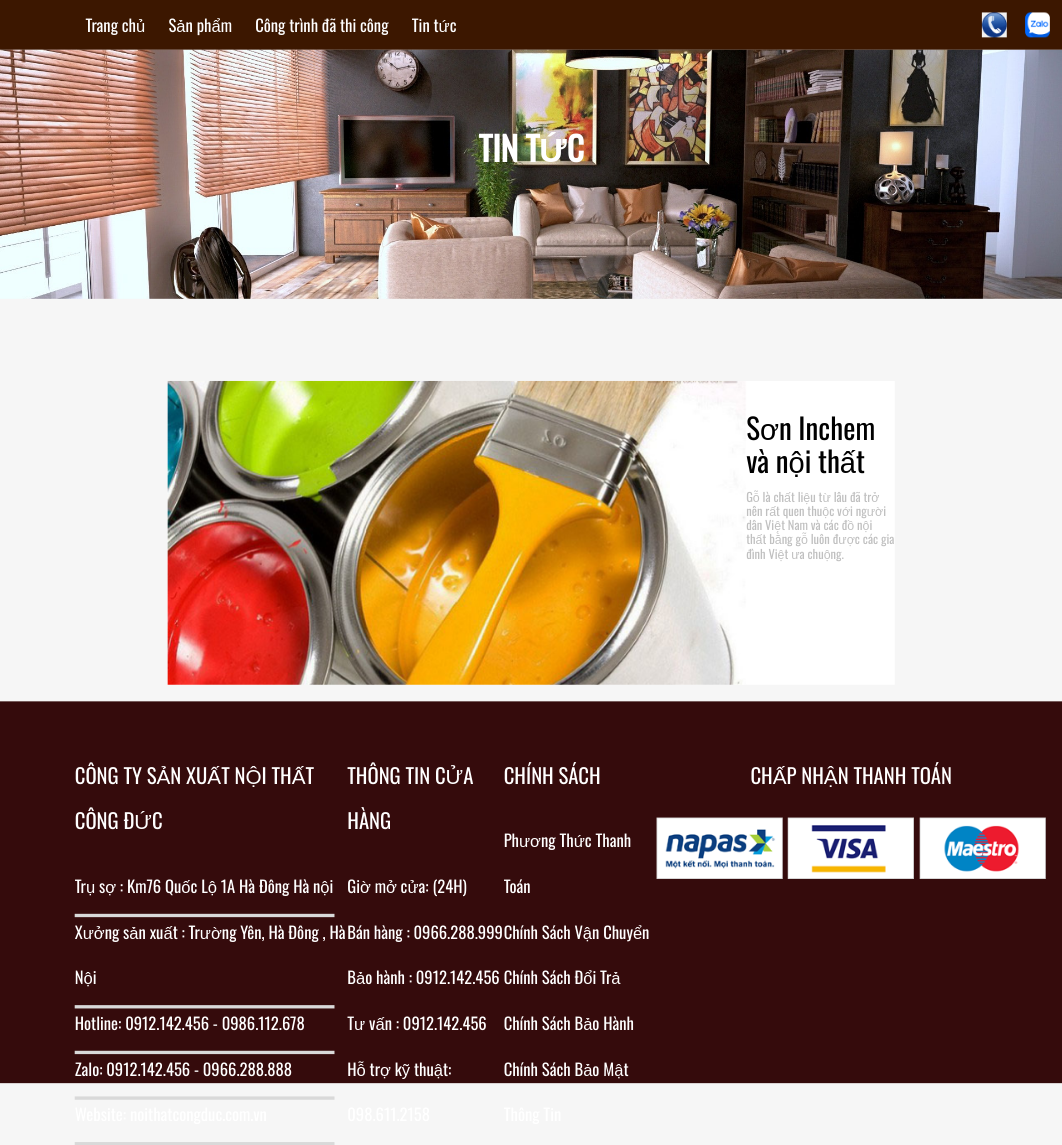
Repository: KHANHD192/FigmaTo-HTML
Page: APP-SHOP/tintuc.html
The author's editor kept a copy of each file at every save. The page is drawn from the files as they stood at one save, then again after the next save.
The browser window is 1280 px wide. The pictures show the whole page, at 83% of full size.

Above is the page before, as saved 2022-11-22 14:33:38.

After the next save:
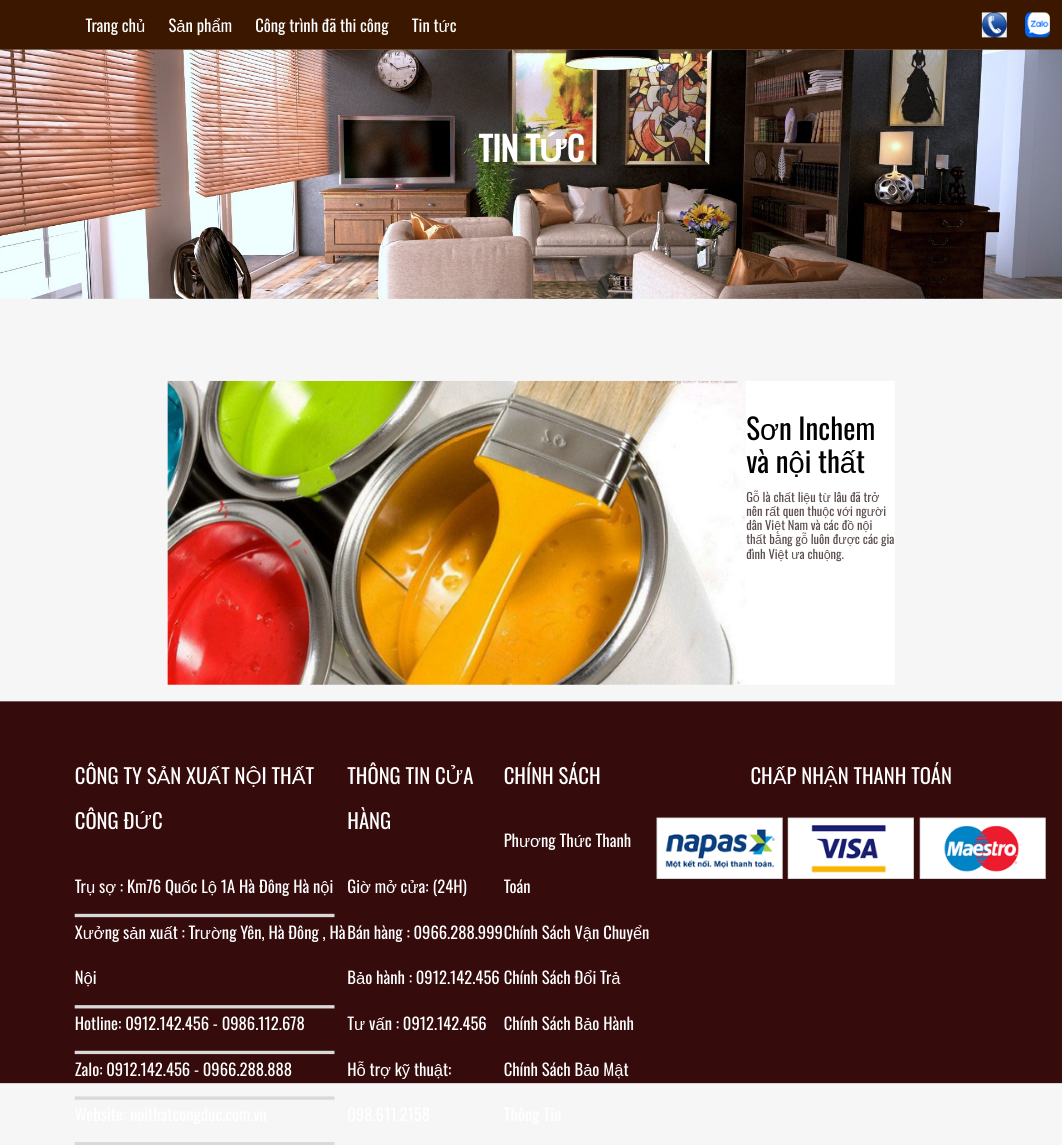
Saved 14 s later.
--- a/APP-SHOP/tintuc.html
+++ b/APP-SHOP/tintuc.html
@@ -57,7 +57,7 @@
             font-size: 15px;
             font-weight: 300;
             margin-top:2px;
-            color: silver;
+            color: #5D4E4E;
           }
    </style>
     </head>
